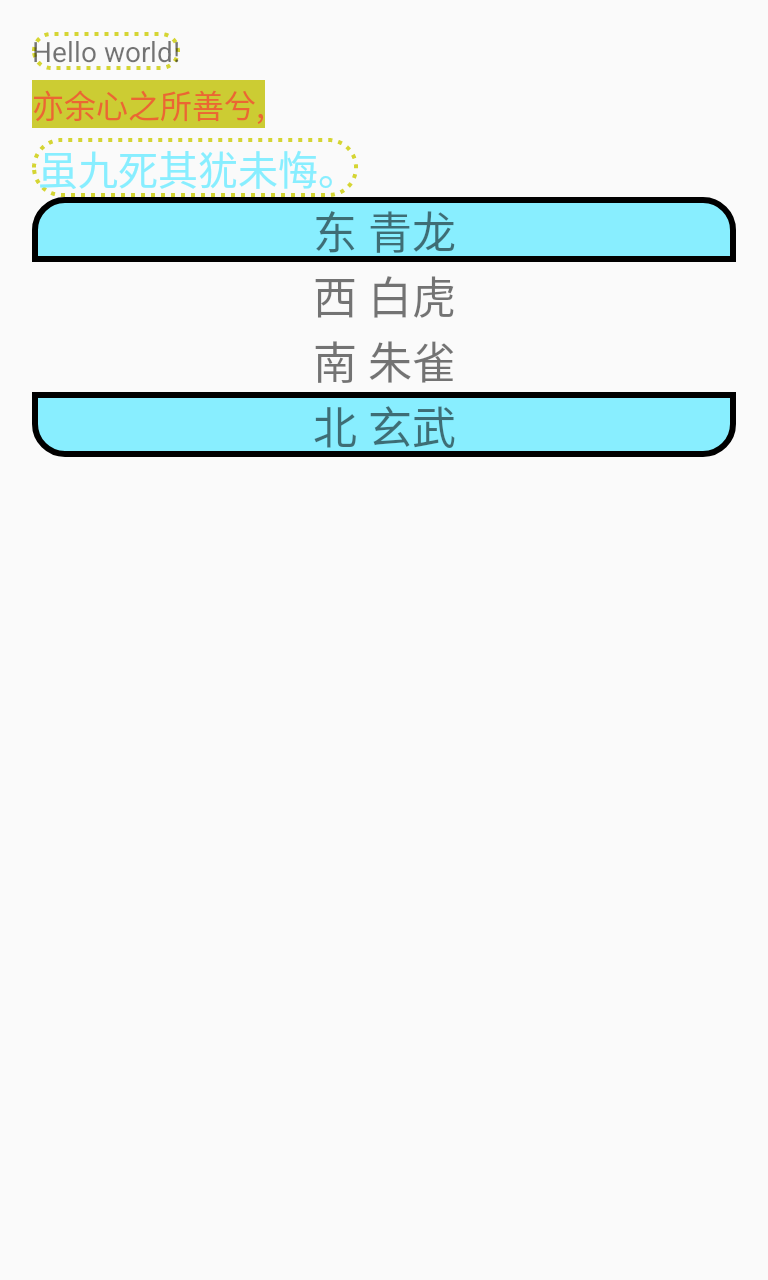
Repository: duhei/cici
Layout: GitHubFrist/res/layout/activity_main.xml
The author's editor kept a copy of each file at every save. The layout is drawn from the files as they stood at one save, then again after the next save.
It is drawn on a 768 x 1280 px phone screen (xhdpi) without system bars, with theme AppTheme; the app's code is not run.

Above is the layout before, as saved 2015-07-10 09:03:18.

After the next save:
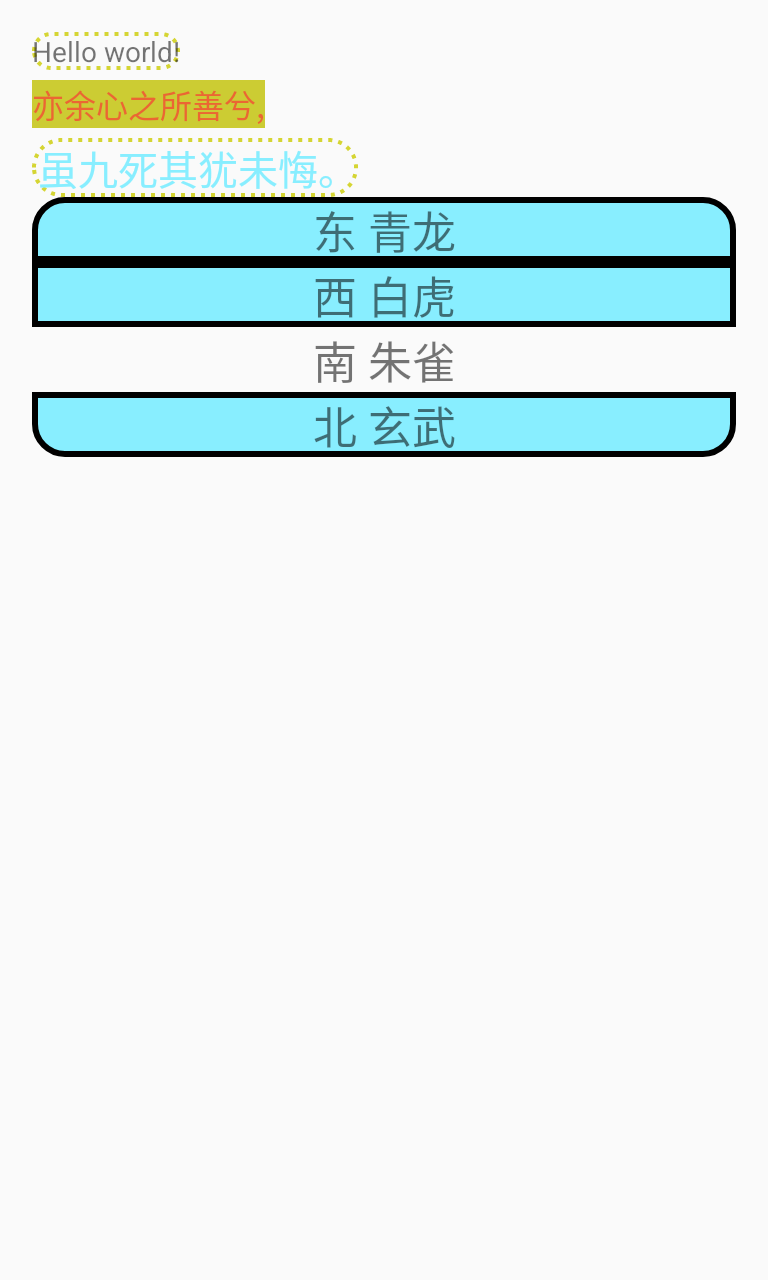
Saved 18 s later.
--- a/GitHubFrist/res/layout/activity_main.xml
+++ b/GitHubFrist/res/layout/activity_main.xml
@@ -49,6 +49,7 @@
         android:text="@string/west"
         android:textSize="22dp"
         android:gravity="center"
+        android:background="@drawable/stroke_shape"
         />
 
     <TextView
